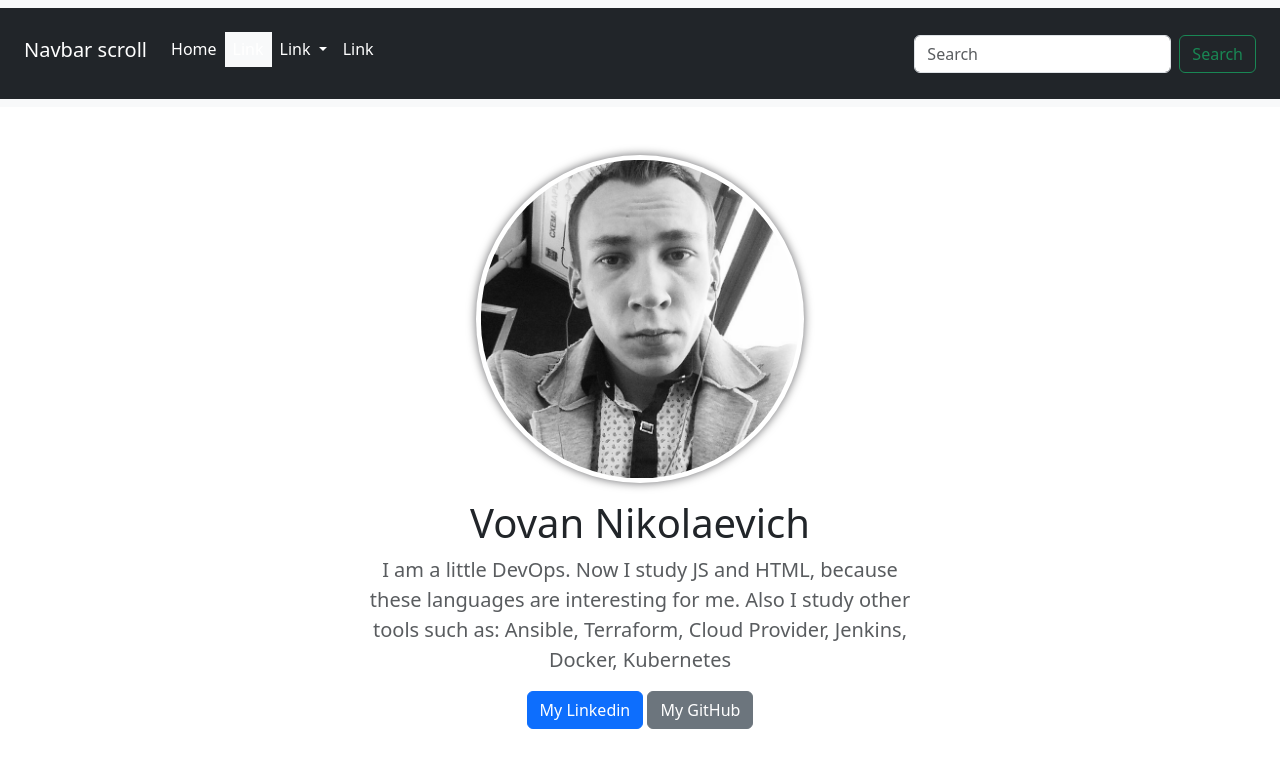
Repository: vovanbl411/mini-web-site
Page: index.html
An editor plug-in stored every save of this project. The page is shown before and after the next save, followed by the edit.
The browser window is 1280 px wide. The pictures show the whole page.

Above is the page before, as saved 2023-01-22 00:17:54.

### index.html
<!DOCTYPE html>
<html lang="en">
  <head>
    <meta charset="UTF-8" />
    <meta name="viewport" content="width=device-width, initial-scale=1.0" />
    <title>My page</title>
    <link
      href="https://cdn.jsdelivr.net/npm/bootstrap@5.3.0-alpha1/dist/css/bootstrap.min.css"
      rel="stylesheet"
      integrity="sha384-GLhlTQ8iRABdZLl6O3oVMWSktQOp6b7In1Zl3/Jr59b6EGGoI1aFkw7cmDA6j6gD"
      crossorigin="anonymous"
    />
    <style>
      .rounded-img {
        width: 60%;
        border-radius: 50%;
        box-shadow: 0 0 10px rgba(0, 0, 7, 0.6);
        padding: 0.3em;
        margin-bottom: 1em;
      }
    </style>
  </head>
  <body>
    <nav class="navbar navbar-expand-lg bg-body-tertiary">
      <div class="container-fluid bg-dark p-4">
        <a class="navbar-brand text-white h4" href="#">Navbar scroll</a>
        <button
          class="navbar-toggler"
          type="button"
          data-bs-toggle="collapse"
          data-bs-target="#navbarScroll"
          aria-controls="navbarScroll"
          aria-expanded="false"
          aria-label="Toggle navigation"
        >
          <span class="navbar-toggler-icon"></span>
        </button>
        <div class="collapse navbar-collapse" id="navbarScroll">
          <ul
            class="navbar-nav me-auto my-2 my-lg-0 navbar-nav-scroll"
            style="--bs-scroll-height: 100px"
          >
            <li class="nav-item">
              <a
                class="nav-link active text-white h4"
                aria-current="page"
                href="#"
                >Home</a
              >
            </li>
            <li class="nav-item">
              <a class="nav-link text-white h4 bg-body-tertiary" href="#"
                >Link</a
              >
            </li>
            <li class="nav-item dropdown">
              <a
                class="nav-link dropdown-toggle text-white h4"
                href="#"
                role="button"
                data-bs-toggle="dropdown"
                aria-expanded="false"
              >
                Link
              </a>
              <ul class="dropdown-menu">
                <li>
                  <a class="dropdown-item text-white h4" href="#">Action</a>
                </li>
                <li>
                  <a class="dropdown-item text-white h4" href="#"
                    >Another action</a
                  >
                </li>
                <li><hr class="dropdown-divider text-white h4" /></li>
                <li>
                  <a class="dropdown-item text-white h4" href="#"
                    >Something else here</a
                  >
                </li>
              </ul>
            </li>
            <li class="nav-item">
              <a class="nav-link disabled text-white h4">Link</a>
            </li>
          </ul>
          <form class="d-flex" role="search">
            <input
              class="form-control me-2"
              type="search"
              placeholder="Search"
              aria-label="Search"
            />
            <button class="btn btn-outline-success" type="submit">
              Search
            </button>
          </form>
        </div>
      </div>
    </nav>
    <div class="container text-center my-5">
      <div class="row">
        <div class="col-lg-6 col-md-8 mx-auto">
          <img
            class="rounded-img"
            src="Screenshot.png"
            alt="Vovan Nikolaevich"
          />
          <h1 class="fw-light">Vovan Nikolaevich</h1>
          <p class="lead text-muted">
            I am a little DevOps. Now I study JS and HTML, because these
            languages are interesting for me. Also I study other tools such as:
            Ansible, Terraform, Cloud Provider, Jenkins, Docker, Kubernetes
          </p>
          <a
            href="https://www.linkedin.com/in/vovan-nikolaevich/"
            target="_blank"
            class="btn btn-primary"
          >
            My Linkedin
          </a>
          <a
            href="https://github.com/vovanbl411"
            target="_blank"
            class="btn btn-secondary"
          >
            My GitHub
          </a>
        </div>
      </div>
    </div>
  </body>
</html>

After the next save:
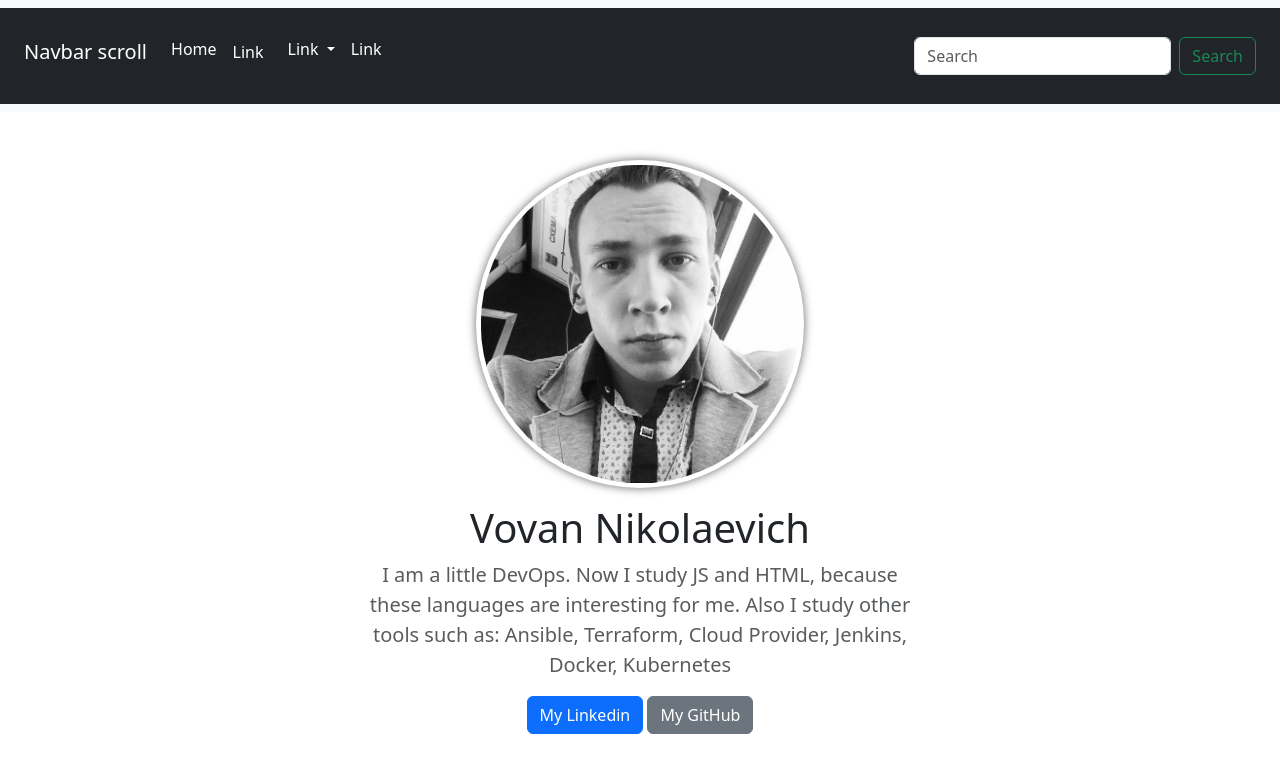
Saved 42 s later.
--- a/index.html
+++ b/index.html
@@ -49,7 +49,7 @@
               >
             </li>
             <li class="nav-item">
-              <a class="nav-link text-white h4 bg-body-tertiary" href="#"
+              <a class="nav-link text-white h4 form-control me-2" href="#"
                 >Link</a
               >
             </li>
